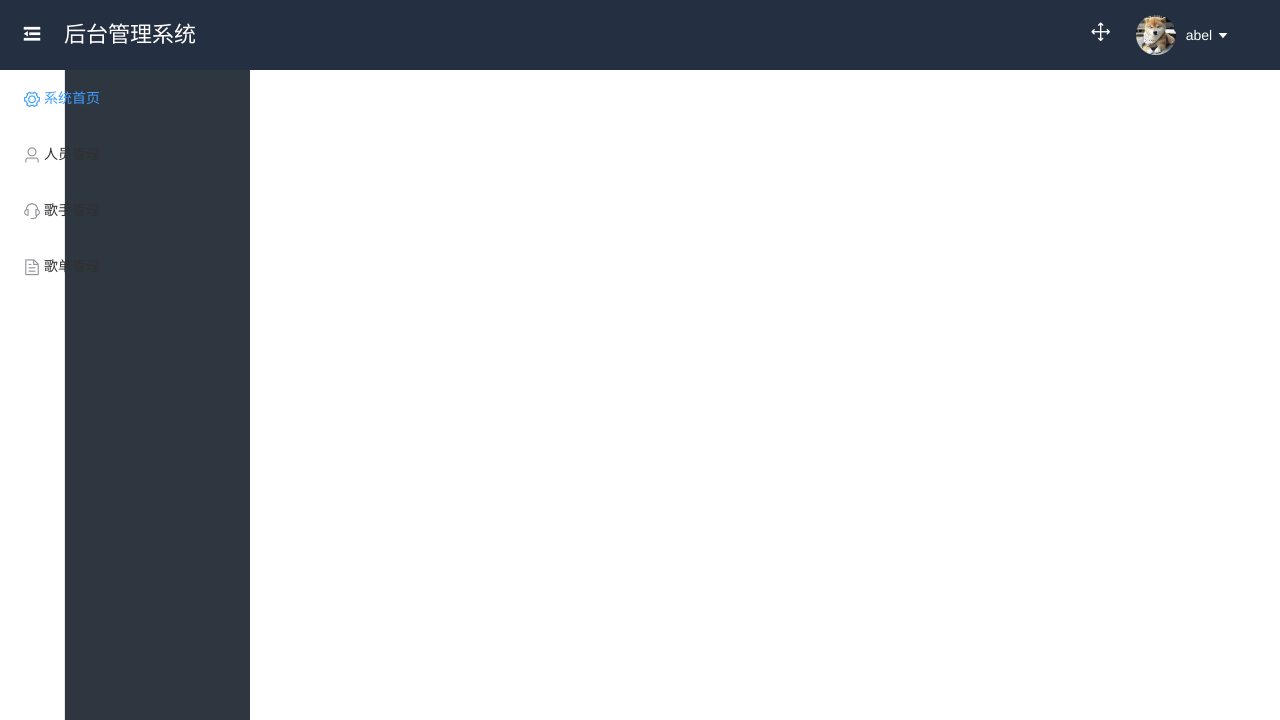
Repository: abel-chai/music-player
Page: /#/Home (app in music-player-manager/)
These files come from the project's save history. The page is drawn as it stood at one moment and after the next save; the edit follows.
The browser window is 1280 px wide. The pictures show the whole page.
The project was rebuilt for these pictures with package versions that can differ from the ones it lists, and the page was loaded fresh each time. Also part of the build but not shown: music-player-manager/vue.config.js, music-player-manager/src/pages/Login.vue, music-player-manager/src/pages/Info.vue, music-player-manager/src/pages/Client.vue, music-player-manager/src/pages/Admin.vue, music-player-manager/src/pages/Singer.vue, music-player-manager/src/pages/Sheet.vue.

Above is the page before, as saved 2022-10-25 00:52:36.

After the next save:
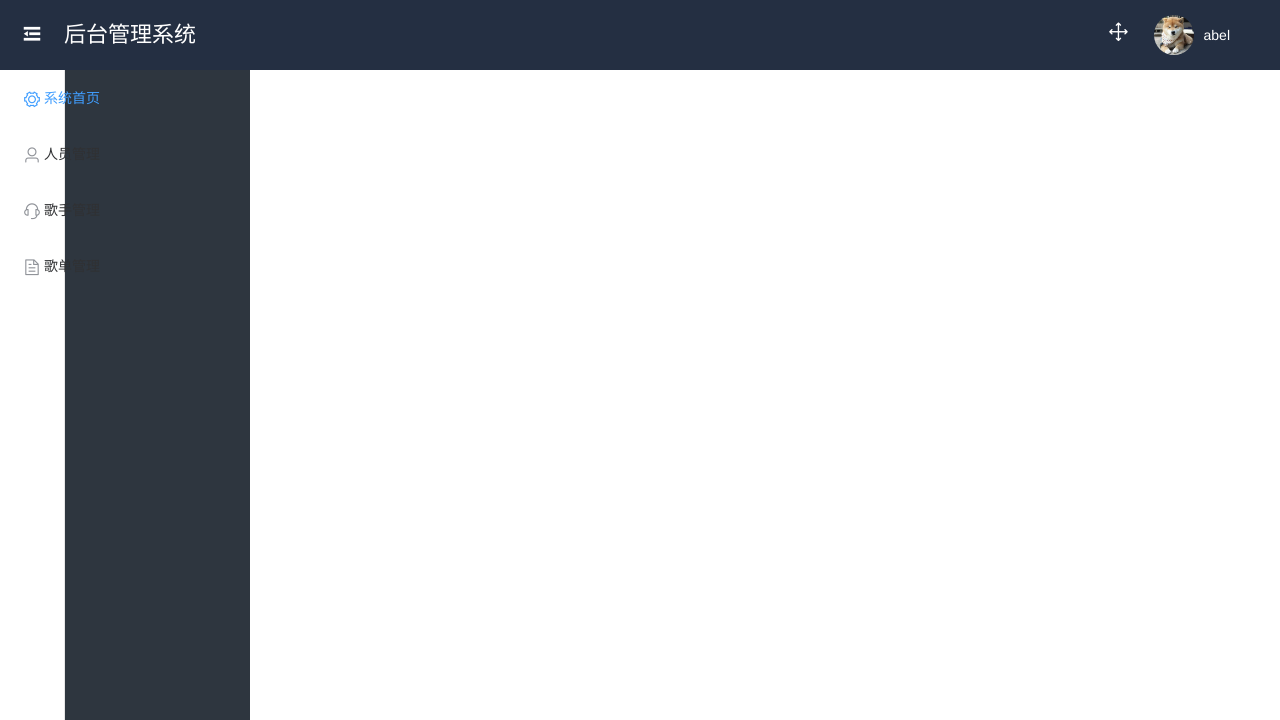
Saved 2 min 6 s later.
--- a/music-player-manager/src/components/Top.vue
+++ b/music-player-manager/src/components/Top.vue
@@ -21,7 +21,7 @@
         <el-dropdown class="user-name" trigger="click" @command="handleCommand">
           <span class="el-dropdown-link">
             {{username}}
-            <i class="el-icon-caret-bottom"></i>
+            <!-- <i class="el-icon-caret-bottom"></i> -->
           </span>
           <el-dropdown-menu slot="dropdown">
             <el-dropdown-item divided command="loginout">退出登录</el-dropdown-item>

After the save that followed:
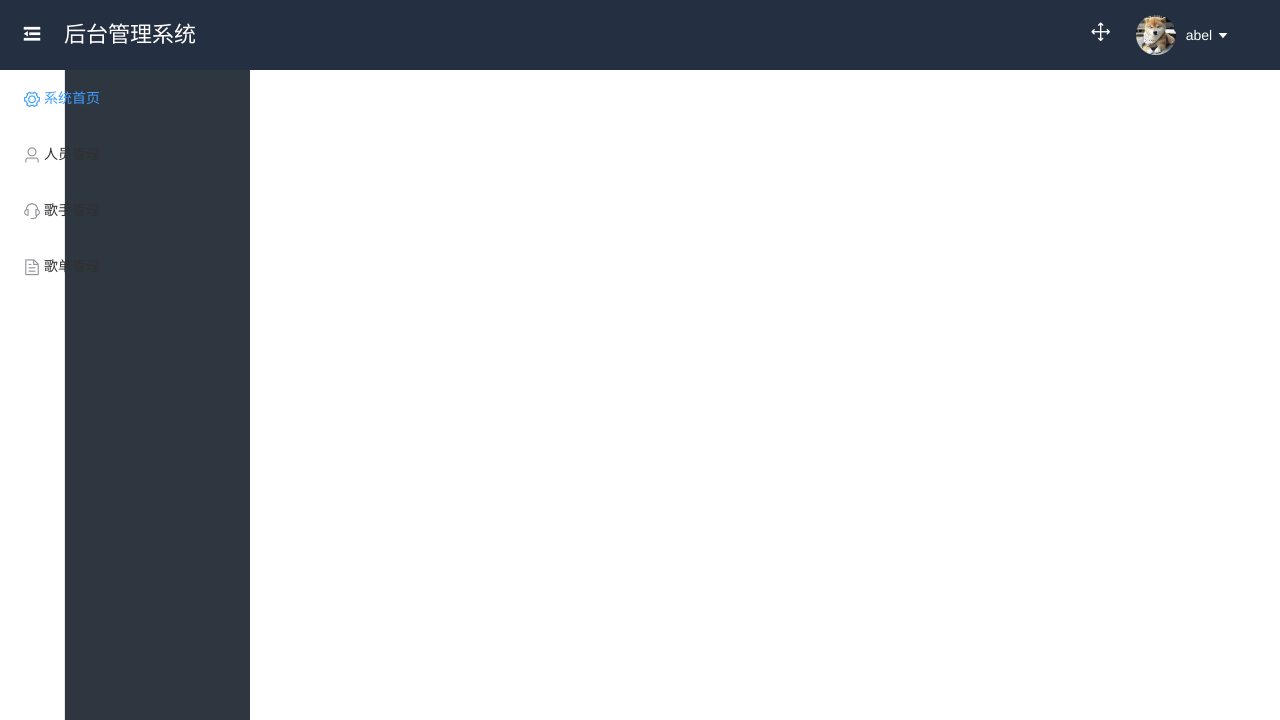
Saved 8 s later.
--- a/music-player-manager/src/components/Top.vue
+++ b/music-player-manager/src/components/Top.vue
@@ -21,7 +21,7 @@
         <el-dropdown class="user-name" trigger="click" @command="handleCommand">
           <span class="el-dropdown-link">
             {{username}}
-            <!-- <i class="el-icon-caret-bottom"></i> -->
+            <i class="el-icon-caret-bottom"></i>
           </span>
           <el-dropdown-menu slot="dropdown">
             <el-dropdown-item divided command="loginout">退出登录</el-dropdown-item>
